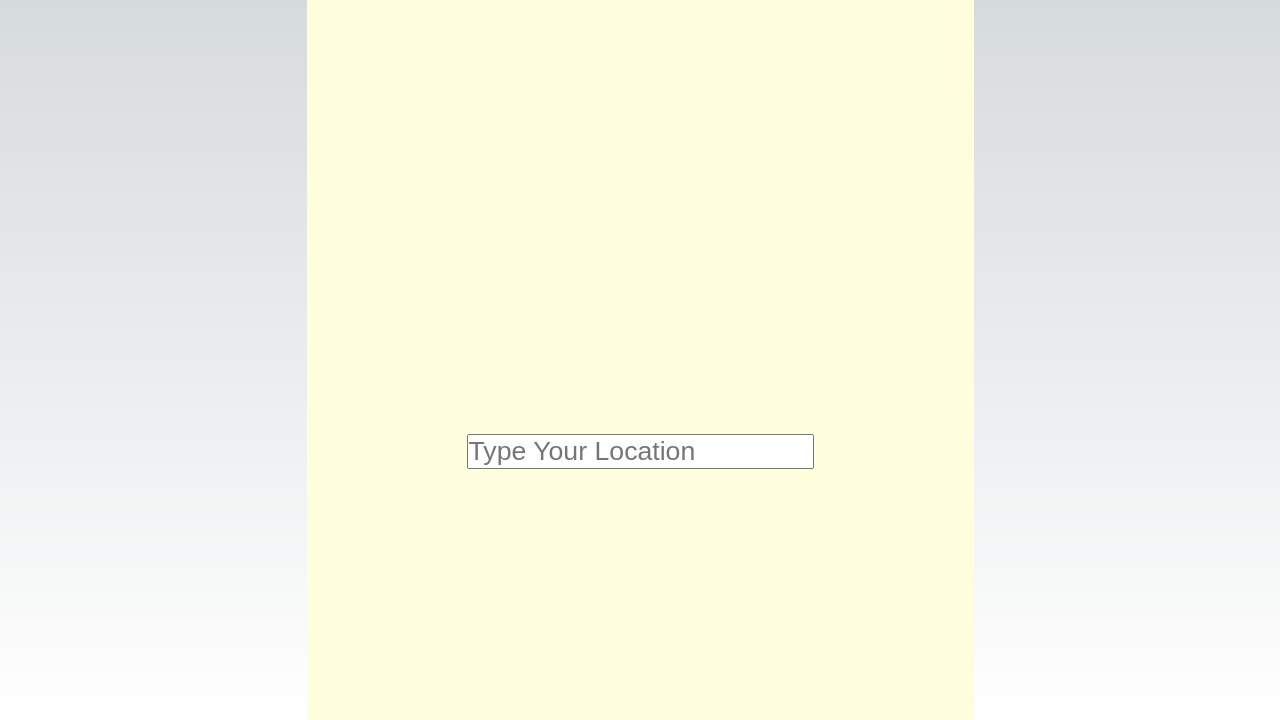
Repository: Heidingg/weather_app
Page: /
The author's editor kept a copy of each file at every save. The page is drawn from the files as they stood at one save, then again after the next save.
The browser window is 1280 px wide. The pictures show the whole page.
The project was rebuilt for these pictures with package versions that can differ from the ones it lists, and the page was loaded fresh each time. The framework's server and built-in components were replaced by stand-ins that run in the browser. Also part of the build but not shown: next.config.js.

Above is the page before, as saved 2023-01-19 22:41:02.

### pages/index.js
import Head from 'next/head';
import Image from 'next/image';
import { Inter } from '@next/font/google';
import styles from '../styles/Home.module.css';
import { useState } from 'react';
import React from 'react';
import axios from 'axios';

const inter = Inter({ subsets: ['latin'] })

export default function Home() {

  const [location, setLocation] = useState('');
  const [data, setData] = useState({});
  const [weather, setWeather] = useState();
  const [main, setMain] = useState();
  const [wind, setWind] = useState();
  const [errorMessage, setErrorMessage] = useState('');
  const [icon, setIcon] = useState('');
  var lang = "en";
  var units = "metric";
  var apiKey = "8a3b66428312171f7c96dafa7cbc5a31";

  const url = `https://api.openweathermap.org/data/2.5/weather?q=${location}&units=${units}&appid=${apiKey}&lang=${lang}`;


  const searchLocation = (event) => {
    if (event.key === 'Enter') {
      axios.get(url)
        .then((response) => {
          console.clear();
          setData(response.data);
          console.log(response.data);
          setWeather(response.data.weather);
          setWind(response.data.wind);
          setIcon(response.data.icon);
          setErrorMessage("");
        }).catch(err => {
          console.log(err);
          setErrorMessage("Please enter another location")
          setData({});
          setWeather();
          setMain();
          setWind();
          setIcon();
        })
      setLocation('')
    }
  }


  return (
    <>
      <Head>
        <title>Loweather</title>
        <meta name="description" content="Generated by create next app" />
        <meta name="viewport" content="width=device-width, initial-scale=1" />
        <link rel="icon" href="cloudy.png" alt=""/>
      </Head>

      <main className={styles.main}>
        <div className={styles.location}></div>
          <div className={styles.locationIcon}>
          <div className={styles.locationName}>
            {data.name}
          </div>
        </div>

        <div className={styles.errorMess}>{errorMessage}</div>
        <input
          value={location}
          onChange={event => setLocation(event.target.value)}
          placeholder="Type Your Location"
          onKeyDown={searchLocation}
          type="text"
        >
        </input>

        <div className={styles.weatherData}>
          <div className={styles.weatherCondition}>
            {
              weather && weather.map((w, index) => {
                return (
                  <div key={index}>
                    <div className>{w.icon}</div>
                    <img className={styles.iconStyle} src={`http://openweathermap.org/img/wn/${w.icon}@2x.png`}></img>
                    <div className>{w.main}</div>
                  </div>
                )
              })
            }
          </div>

          {
            weather && weather.map((w, index) => {
              return (
                <div key={index}>
                  <div className>{w.description}</div>
                </div>
              )
            })
          }

          {
            main && weather.map(() => {
              return (
                <div>
                  <div className={styles.weatherTemp}>Temperature: {main.temp}&#176;C</div>
                  <div className={styles.weatherFeel}>Feels like: {main.feels_like}&#176;C</div>
                </div>
              )
            })
          }

          {
            wind && weather.map(() => {
              return (
                <div>
                  <div className={styles.weatherWind}>Wind: {wind.gust} m/s</div>
                </div>
              )
            })
          }

        </div>
      </main>
    </>
)
}

### styles/globals.css
:root {
  --max-width: 1100px;
  --border-radius: 12px;
  --font-mono: ui-monospace, Menlo, Monaco, 'Cascadia Mono', 'Segoe UI Mono',
    'Roboto Mono', 'Oxygen Mono', 'Ubuntu Monospace', 'Source Code Pro',
    'Fira Mono', 'Droid Sans Mono', 'Courier New', monospace;

  --foreground-rgb: 0, 0, 0;
  --background-start-rgb: 214, 219, 220;
  --background-end-rgb: 255, 255, 255;

  --primary-glow: conic-gradient(
    from 180deg at 50% 50%,
    #16abff33 0deg,
    #0885ff33 55deg,
    #54d6ff33 120deg,
    #0071ff33 160deg,
    transparent 360deg
  );
  --secondary-glow: radial-gradient(
    rgba(255, 255, 255, 1),
    rgba(255, 255, 255, 0)
  );

  --tile-start-rgb: 239, 245, 249;
  --tile-end-rgb: 228, 232, 233;
  --tile-border: conic-gradient(
    #00000080,
    #00000040,
    #00000030,
    #00000020,
    #00000010,
    #00000010,
    #00000080
  );

  --callout-rgb: 238, 240, 241;
  --callout-border-rgb: 172, 175, 176;
  --card-rgb: 180, 185, 188;
  --card-border-rgb: 131, 134, 135;
}

@media (prefers-color-scheme: dark) {
  :root {
    --foreground-rgb: 255, 255, 255;
    --background-start-rgb: 0, 0, 0;
    --background-end-rgb: 0, 0, 0;

    --primary-glow: radial-gradient(rgba(1, 65, 255, 0.4), rgba(1, 65, 255, 0));
    --secondary-glow: linear-gradient(
      to bottom right,
      rgba(1, 65, 255, 0),
      rgba(1, 65, 255, 0),
      rgba(1, 65, 255, 0.3)
    );

    --tile-start-rgb: 2, 13, 46;
    --tile-end-rgb: 2, 5, 19;
    --tile-border: conic-gradient(
      #ffffff80,
      #ffffff40,
      #ffffff30,
      #ffffff20,
      #ffffff10,
      #ffffff10,
      #ffffff80
    );

    --callout-rgb: 20, 20, 20;
    --callout-border-rgb: 108, 108, 108;
    --card-rgb: 100, 100, 100;
    --card-border-rgb: 200, 200, 200;
  }
}

* {
  box-sizing: border-box;
  padding: 0;
  margin: 0;
  font-family: "Montserrat", sans-serif;
  font-size: 20pt;
}

.input{
  width: 80%;
  display: flex;
  background-color: lightblue;
}

html,
body {
  max-width: 100vw;
  overflow-x: hidden;
  display: grid;
  place-items: center;
  min-height: 100vh;;
}

body {
  color: rgb(var(--foreground-rgb));
  background: linear-gradient(
      to bottom,
      transparent,
      rgb(var(--background-end-rgb))
    )
    rgb(var(--background-start-rgb));
}

a {
  color: inherit;
  text-decoration: none;
}

@media (prefers-color-scheme: dark) {
  html {
    color-scheme: dark;
  }
}

### styles/Home.module.css
.main {
  display: flex;
  flex-direction: column;
  justify-content: space-between;
  align-items: center;
  padding: 6rem;
  min-height: 100vh;
  background-color: lightyellow;
}

.description {
  display: inherit;
  justify-content: inherit;
  align-items: inherit;
  font-size: 0.85rem;
  max-width: var(--max-width);
  width: 100%;
  z-index: 2;
  font-family: var(--font-mono);
}

.description a {
  display: flex;
  justify-content: center;
  align-items: center;
  gap: 0.5rem;
}

.description p {
  position: relative;
  margin: 0;
  padding: 1rem;
  background-color: rgba(var(--callout-rgb), 0.5);
  border: 1px solid rgba(var(--callout-border-rgb), 0.3);
  border-radius: var(--border-radius);
}

.code {
  font-weight: 700;
  font-family: var(--font-mono);
}

.grid {
  display: grid;
  grid-template-columns: repeat(4, minmax(25%, auto));
  width: var(--max-width);
  max-width: 100%;
}

.card {
  padding: 1rem 1.2rem;
  border-radius: var(--border-radius);
  background: rgba(var(--card-rgb), 0);
  border: 1px solid rgba(var(--card-border-rgb), 0);
  transition: background 200ms, border 200ms;
}

.card span {
  display: inline-block;
  transition: transform 200ms;
}

.card h2 {
  font-weight: 600;
  margin-bottom: 0.7rem;
}

.card p {
  margin: 0;
  opacity: 0.6;
  font-size: 0.9rem;
  line-height: 1.5;
  max-width: 30ch;
}

.center {
  display: flex;
  justify-content: center;
  align-items: center;
  position: relative;
  padding: 4rem 0;
}

.center::before {
  background: var(--secondary-glow);
  border-radius: 50%;
  width: 480px;
  height: 360px;
  margin-left: -400px;
}

.center::after {
  background: var(--primary-glow);
  width: 240px;
  height: 180px;
  z-index: -1;
}

.center::before,
.center::after {
  content: '';
  left: 50%;
  position: absolute;
  filter: blur(45px);
  transform: translateZ(0);
}

.logo,
.thirteen {
  position: relative;
}

.thirteen {
  display: flex;
  justify-content: center;
  align-items: center;
  width: 75px;
  height: 75px;
  padding: 25px 10px;
  margin-left: 16px;
  transform: translateZ(0);
  border-radius: var(--border-radius);
  overflow: hidden;
  box-shadow: 0px 2px 8px -1px #0000001a;
}

.thirteen::before,
.thirteen::after {
  content: '';
  position: absolute;
  z-index: -1;
}

/* Conic Gradient Animation */
.thirteen::before {
  animation: 6s rotate linear infinite;
  width: 200%;
  height: 200%;
  background: var(--tile-border);
}

/* Inner Square */
.thirteen::after {
  inset: 0;
  padding: 1px;
  border-radius: var(--border-radius);
  background: linear-gradient(
    to bottom right,
    rgba(var(--tile-start-rgb), 1),
    rgba(var(--tile-end-rgb), 1)
  );
  background-clip: content-box;
}

/* Enable hover only on non-touch devices */
@media (hover: hover) and (pointer: fine) {
  .card:hover {
    background: rgba(var(--card-rgb), 0.1);
    border: 1px solid rgba(var(--card-border-rgb), 0.15);
  }

  .card:hover span {
    transform: translateX(4px);
  }
}

@media (prefers-reduced-motion) {
  .thirteen::before {
    animation: none;
  }

  .card:hover span {
    transform: none;
  }
}

/* Mobile */
@media (max-width: 700px) {
  .content {
    padding: 4rem;
  }

  .grid {
    grid-template-columns: 1fr;
    margin-bottom: 120px;
    max-width: 320px;
    text-align: center;
  }

  .card {
    padding: 1rem 2.5rem;
  }

  .card h2 {
    margin-bottom: 0.5rem;
  }

  .center {
    padding: 8rem 0 6rem;
  }

  .center::before {
    transform: none;
    height: 300px;
  }

  .description {
    font-size: 0.8rem;
  }

  .description a {
    padding: 1rem;
  }

  .description p,
  .description div {
    display: flex;
    justify-content: center;
    position: fixed;
    width: 100%;
  }

  .description p {
    align-items: center;
    inset: 0 0 auto;
    padding: 2rem 1rem 1.4rem;
    border-radius: 0;
    border: none;
    border-bottom: 1px solid rgba(var(--callout-border-rgb), 0.25);
    background: linear-gradient(
      to bottom,
      rgba(var(--background-start-rgb), 1),
      rgba(var(--callout-rgb), 0.5)
    );
    background-clip: padding-box;
    backdrop-filter: blur(24px);
  }

  .description div {
    align-items: flex-end;
    pointer-events: none;
    inset: auto 0 0;
    padding: 2rem;
    height: 200px;
    background: linear-gradient(
      to bottom,
      transparent 0%,
      rgb(var(--background-end-rgb)) 40%
    );
    z-index: 1;
  }
}

/* Tablet and Smaller Desktop */
@media (min-width: 701px) and (max-width: 1120px) {
  .grid {
    grid-template-columns: repeat(2, 50%);
  }
}

@media (prefers-color-scheme: dark) {
  .vercelLogo {
    filter: invert(1);
  }

  .logo,
  .thirteen img {
    filter: invert(1) drop-shadow(0 0 0.3rem #ffffff70);
  }
}

@keyframes rotate {
  from {
    transform: rotate(360deg);
  }
  to {
    transform: rotate(0deg);
  }
}

Loaded but not shown: pages/_app.js (common file); pages/_document.js (common file)

After the next save:
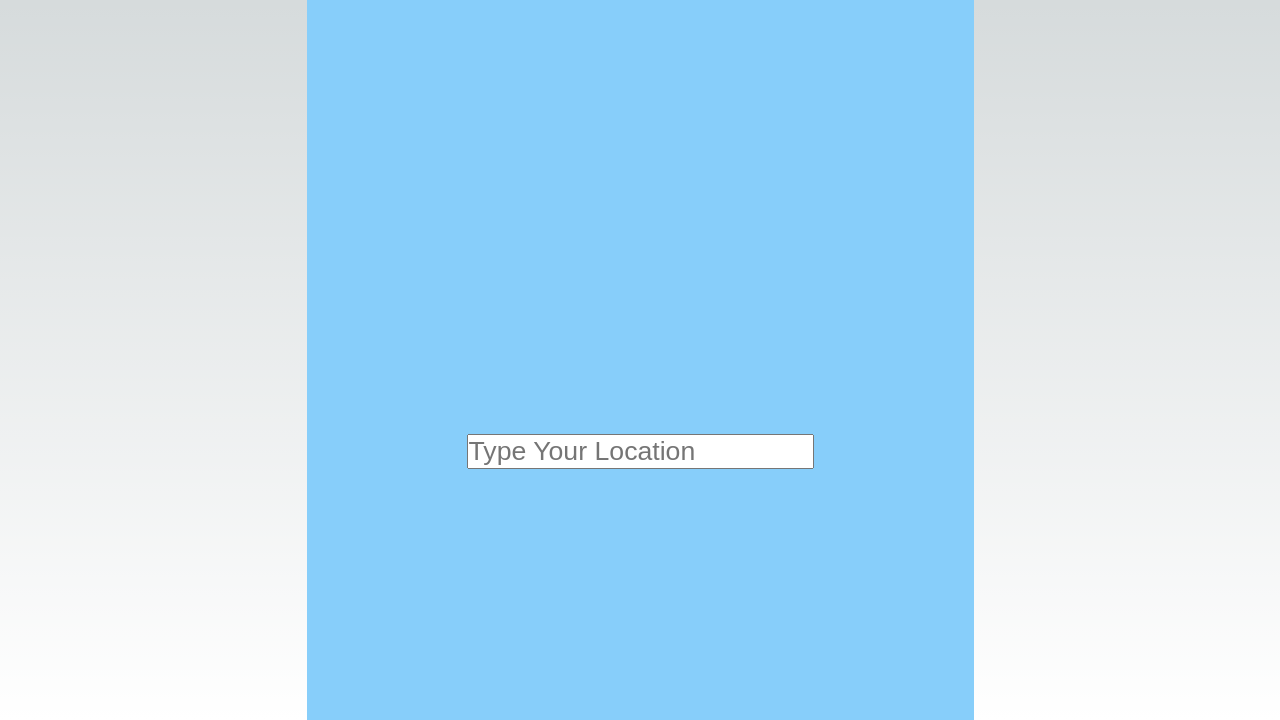
Saved 15 s later.
--- a/styles/Home.module.css
+++ b/styles/Home.module.css
@@ -5,7 +5,7 @@
   align-items: center;
   padding: 6rem;
   min-height: 100vh;
-  background-color: lightyellow;
+  background-color: lightskyblue;
 }
 
 .description {
